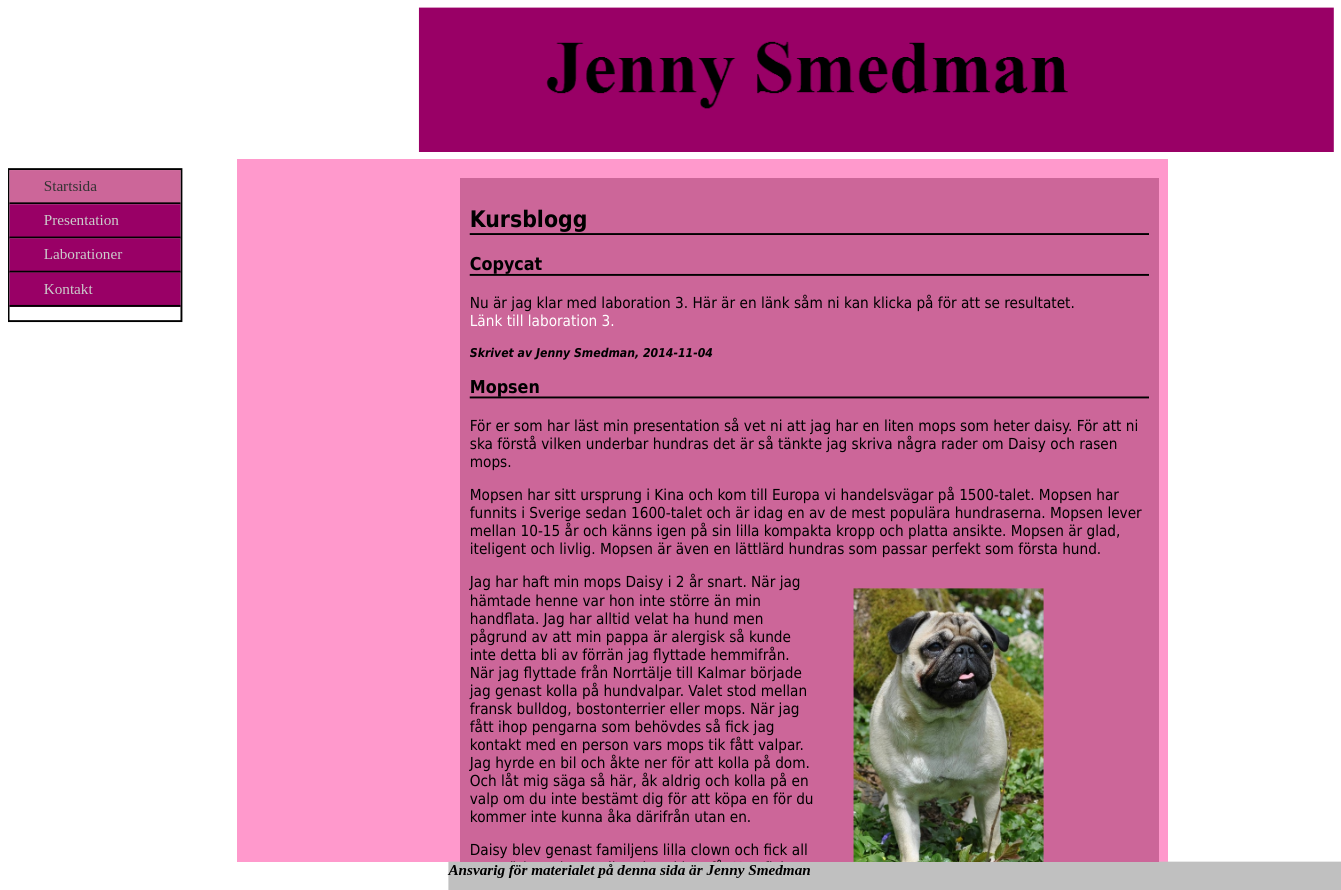
Repository: js223mx/1ik415-js223mx-laborationer
Page: pages/lab5index.html
The author's editor kept a record of every edit. The page is drawn from the files as they stood at one moment, then again after the next edit.
The browser window is 1280 px wide. The page is 1412 px wide, so the pictures cover 1412 px, including what lies to the right of the window. The pictures show the whole page, at 95% of full size.
An inner scrolling area shows only its first screen.

Above is the page before.

### pages/lab5index.html
<!docktype html>
<html lang="sv">

    <head>

            <meta charset="utf-8" />
            <meta name="viewport" content="width=device-width, initial-scale=1" />
            <title>Jenny Smedmans webbsida</title>

            <link rel="stylesheet" media="screen and (max-width: 480px)" href="../css/sp.css" />
            <link rel="stylesheet" media="screen and (min-width: 481px)" href="../css/lab5.css" />


  </head>
    <body>

    <header id="header">
            <div class="loggodiv"></div>
            </header>

    <nav id="navside">
            <a href="../index.html" class="active">Startsida</a>
            <a href="presentation.html">Presentation</a>
            <a href="laborationer.html">Laborationer</a>
            <a href="kontakt.html">Kontakt</a>
            </nav>
    <main>

            <section>

            <h2>Kursblogg</h2>

            <article>
                <h3 id="blogg">Copycat</h3>
                <p>Nu är jag klar med laboration 3. Här är en länk såm ni kan klicka på för att se resultatet.<br>
                    <a href="https://preview.c9.io/js223mx/uppgift-3-3/index.html?_c9_id=livepreview1&_c9_host=https://ide.c9.io">Länk till laboration 3.</a>
                </p>
                <p id="signed">Skrivet av Jenny Smedman, 2014-11-04</p>
            </article>

            <article>
                    <h3 id="blogg">Mopsen</h3>
                    <p>För er som har läst min presentation så vet ni att jag har en liten mops som heter daisy.
                        För att ni ska förstå vilken underbar hundras det är så tänkte jag skriva några rader om Daisy och rasen mops.
                    </p>
                    <p>Mopsen har sitt ursprung i Kina och kom till Europa vi handelsvägar på 1500-talet. Mopsen har funnits i Sverige sedan
                        1600-talet och är idag en av de mest populära hundraserna. Mopsen lever mellan 10-15 år och känns igen på sin lilla
                        kompakta kropp och platta ansikte. Mopsen är glad, iteligent och livlig. Mopsen är även en lättlärd hundras som passar
                        perfekt som första hund.
                    </p>
                    <figure class="right top">
                        <img src="../pics/daisy.jpg" alt="Detta är daisy." height="300" width="200" />
                        <figcaption>Detta är en bild på Daisy våren 2014.</figcaption>
                    </figure>

                    <p>Jag har haft min mops Daisy i 2 år snart. När jag hämtade henne var hon inte större än min handflata. Jag har alltid velat ha hund
                        men pågrund av att min pappa är alergisk så kunde inte detta bli av förrän jag flyttade hemmifrån. När jag flyttade från Norrtälje till
                        Kalmar började jag genast kolla på hundvalpar. Valet stod mellan fransk bulldog, bostonterrier eller mops. När jag fått ihop pengarna som
                        behövdes så fick jag kontakt med en person vars mops tik fått valpar. Jag hyrde en bil och åkte ner för att kolla på dom. Och låt mig säga
                        så här, åk aldrig och kolla på en valp om du inte bestämt dig för att köpa en för du kommer inte kunna åka därifrån utan en.
                    </p>
                    <p>Daisy blev genast familjens lilla clown och fick all uppmärksamhet en liten hund kan få. Hon fick dessutom mig att orka gå igenom
                        svåra tider och beslut. Hon är min bästa vän och vad som än händer så kan jag alltid lita på att hon blir lika glad när hon ser mig.
                    </p>
                    <p id="signed">Skrivet av Jenny Smedman, 2014-10-09</p>

            <article>
                <h3 id="video">Videotaggen</h3>

                    <video controls width="320" height="240" preload="none" id="videon">
                        <source src="http://mirrorblender.top-ix.org/peach/bigbuckbunny_movies/big_buck_bunny_480p_stereo.ogg" type="video/ogg" />
                        <source src="http://download.blender.org/peach/bigbuckbunny_movies/big_buck_bunny_480p_surround-fix.avi" type="video/mpeg" />
                        <p>Din webbläsare stödjer inte video</p>
                    </video>

                    <p>Video med tillstånd av
                        <a href="http://www.bigbuckbunny.org/" target="_blank">Big Buck Bunny</a>
                    </p>
                   <p id="signed">Skrivet av Jenny Smedman, 2014-10-02</p>
            </article>

            <article>
                <h3 id="blogg">En ankarlänk</h3>

                    <p>Här kommer en länk till min bild som ligger på presentationssidan.</p><br>
                    <a href="presentation.html#jag">Länk till min bild</a>
                    <p id="signed">Skrivet av Jenny Smedman, 2014-10-01</p>
            </article>

            <article>
                <h3 id="blogg">En svg-bild</h3>

                    <p>Nu har jag skapat en svg-bild (Scalable Vector Graphics).</p>
                    <img id="svgbild" src="../pics/svgbild.svg" alt="Lite former" />
                <p id="signed">Skrivet av Jenny Smedaman, 2014-09-30</p>
            </article>

            <article>
                <h3 id="blogg">Ett första inlägg</h3>

                    <p>Hej alla! Detta är mitt första blogginlägg på min nya webbsida. Här kommer jag skriva lite om
                    de laborationer jag gör och hur det går för mig som nybliven student vid webbprogrammerarprogrammet.
                    </p>
                <p id="signed">Skrivet av Jenny, 2014-09-22</p>
            </article>

            <section id=aside>
                <aside>
                    <h2>Aside</h2>
                    <p>Nå mig på facebook</p>
                </aside>
            </section>
             </section>
        </main>

        <footer id="ccfooter">Ansvarig för materialet på denna sida är Jenny Smedman</footer>
    </body>

</html>

### css/lab5.css

html{
 height:100%;
}

body{
    background-color: #FFFFFF;
    min-height: 100% !important;
    height: 100;
}
#header{
   height: 132px;
   width:943px;
   padding: 10px;
   margin-left: 433px;
   margin-right:auto;
   margin-bottom: 7px;
   background-color: #990066;

}
.loggodiv{
   background-color: #990066;
    width: 940px;
    margin-bottom: 10px; background: url("min-logga.png") no-repeat;
    height: 120px;
    margin-left: auto;
    margin-right: auto;
}
main{
    width: 960px;
    margin-left: auto;
    margin-right: auto;
    overflow: scroll;
    background-color: #FF99CC;
    height: 100%;
    font-family: "Tahoma", Geneva, sans-serif;
    padding: 10px;

}

nav{
    width: 180px;
    float: left;
    background-color: #FFFFFF;
    height: 22%;
    margin-right: 14px;
    margin-top:10px;
    border:2px solid black;
}
nav a{
  background: #990066;
	border-bottom: 2px solid black;
	color: #ccc;
	display: block;
	margin: 0px;
	padding: 8px 12px;
	text-decoration: none;
	text-indent: 24px;
}
nav a:hover
{
    background: #CC6699;
	color: #fff;
}
nav .active {
    background-color: #CC6699;
	color: #333;
}
section{
 display: block;
 background-color: #CC6699;
 width: 715px;
 margin-top: 10px;
 padding:10px;
 float:right;

}
article{

}
aside{
 display:block;
 height:120px;
 width:145px;
 background-color:#FFFFFF;
 border: 2px solid black;
 padding: 5px;
 float:right;
}
#aside{
    width:181px;
}
footer{
    font-style: oblique;
    font-weight: bold;
    font-size: 100%;
    height:30px;
    margin-left: 464px;
}
fotter p{
    font-style: oblique;
    font-weight: bold;
    font-size: 100%;
}
#ccfooter{
    display:block;
    height:30px;
    width:940px;
    background-color: #C0C0C0;

}
h1{

}
h2{
    font-size: 150%;
    border-bottom: 2px solid black;
}
h3{
    border-bottom: 2px solid #000000;
    background-color:transparent;
    border-bottom: 2px solid black;
}
#signed{
    font-style: oblique;
    font-weight: bold;
    font-size: 80%;
}

main a {
    text-decoration: none;
    color: #FFFFFF;
}
main a:hover {
    text-decoration: underline;
}
figure{
    float:right;
}

### css/sp.css
html {

}
body {
    background-color: #FFCCCC;

}
#container {
    max-width: 480px;
    width:100%;
}
#content {
    padding:5px;
    background-color: #CC6699;
    font-family: "Tahoma", Geneva, sans-serif;
}
#header {
    display:none;
}
#footer {
    background-color: #C0C0C0;
}
#footer p {
    margin:0;
    text-align:center;
    padding:5px;
}
/* body backgroundcolor: #FFCCCC
    navigation backgroundcolor: #FFFFFF
    content backgroundcolor: #CC6699
    header backgroundcolor: #990066
    footer backgroundcolor: #C0C0C0 */
#svgbild
{
    width:100%;
}
div {

    background-color: #E0E0E0;
}
ul {
    list-style-type:none;
}


.h3{
    border-bottom: 2px solid #000000;
    background-color:transparent;
}

#signed {
    font-style: oblique;
    font-weight: bold;
    font-size: 80%;
}
#videon
{
    width:100%;
    margin-bottom:0px;
}
#blogg {
    margin-bottom:0px;
}
#content a {
    text-decoration: none;
    color: #FFFFFF;
}
#content a:hover {
    text-decoration: underline;
}
/*navigation---------------------------------------------------------*/

#navigation a:hover
{
    background: #CC6699;
	color: #fff;
}
#navigation a {
    background: #990066;
	border-bottom: 2px solid #393939;
	color: #ccc;
	display: block;
	margin: 0px;
	padding: 8px 12px;
	text-decoration: none;
	text-indent: 24px;
}
#navigation .active {
    background-color: #CC6699;
	color: #333;
}
.navlist {
    margin: 0;
    padding: 0;
    text-align: left;
}
.navlist li {
    list-style-type: none;
    padding-top: 0;

    margin-bottom: 0;
    line-height: 1.5em;
    position: relative;
}

/*table---------------------------------------------------------*/
table {
    display: none;
}

/*form---------------------------------------------------------*/

#legend {
    font-weight: bold;
    margin-bottom: 12px;
}
#fieldset {

    width: 100%;
    padding-left:0px;
    padding-right:0px;
    margin-left:0px;
    margin-right:0px;
    background-color: #FFFFFF;
}
#select {
    margin-bottom: 12px;
}
#Text {
    margin-top: 12px;
    margin-bottom: 12px;
    margin-left: 9px;
}
#Textlabel {
    position: relative;
    bottom: 48px;
}
#name {
    margin-top: 17px;
}
#submit {
    margin-top: 12px;
    margin-left: 54px;
}


/*images---------------------------------------------------------*/
#daisy {
    float: right;
    padding:1px;
    border:3px solid #990066;
    background-color:#990066;
}

After the next edit:
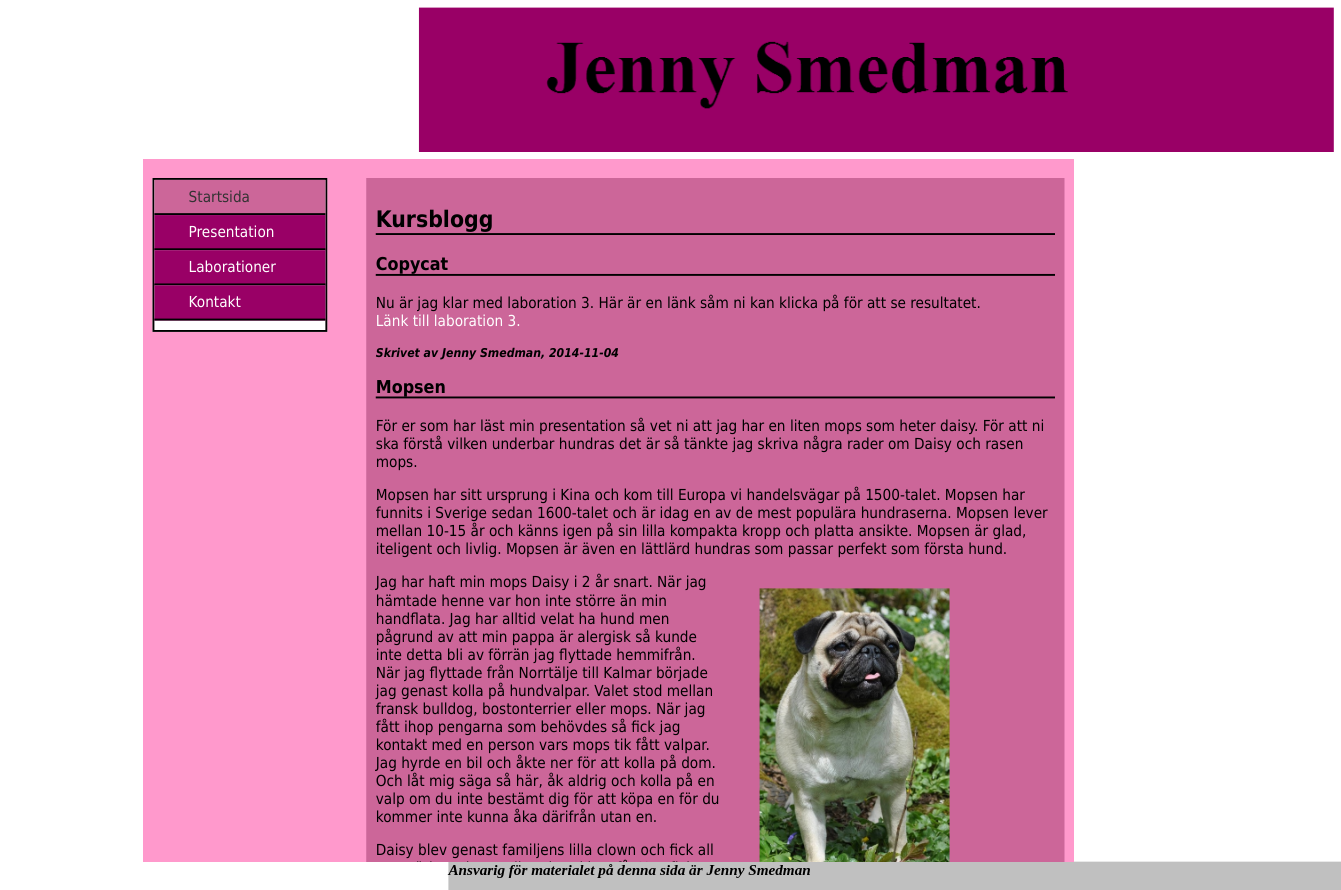
The edit:
--- a/pages/lab5index.html
+++ b/pages/lab5index.html
@@ -18,13 +18,13 @@
             <div class="loggodiv"></div>
             </header>
 
-    <nav id="navside">
+    <main>
+             <nav id="navside">
             <a href="../index.html" class="active">Startsida</a>
             <a href="presentation.html">Presentation</a>
             <a href="laborationer.html">Laborationer</a>
             <a href="kontakt.html">Kontakt</a>
             </nav>
-    <main>
 
             <section>
 
